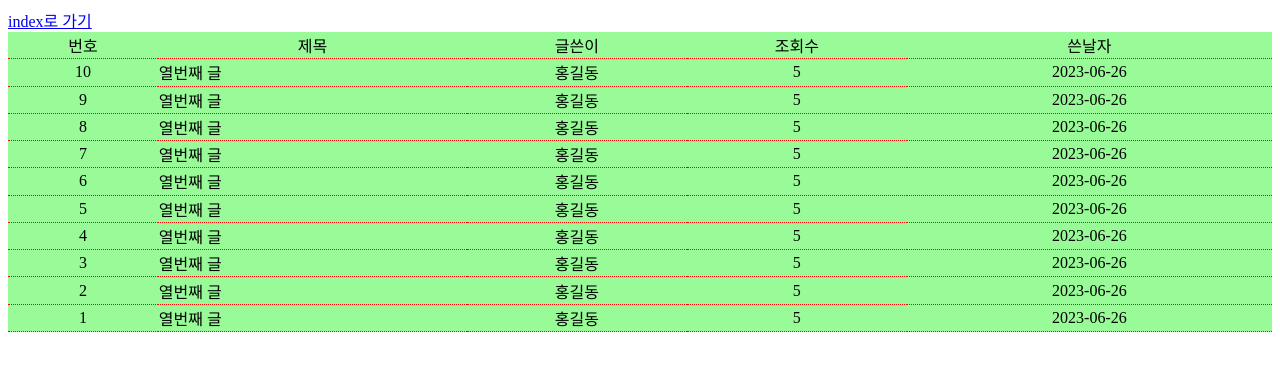
Repository: popll1/Pleiades
Page: http://localhost/jun261/main.jsp
The author's editor kept a copy of each file at every save. The page is drawn from the files as they stood at one save, then again after the next save.
The browser window is 1280 px wide. The pictures show the whole page.
The pointer rests on the first visible `tr`.
The page is served by Tomcat 9.

Above is the page before, as saved 2023-06-26 06:37:27.

After the next save:
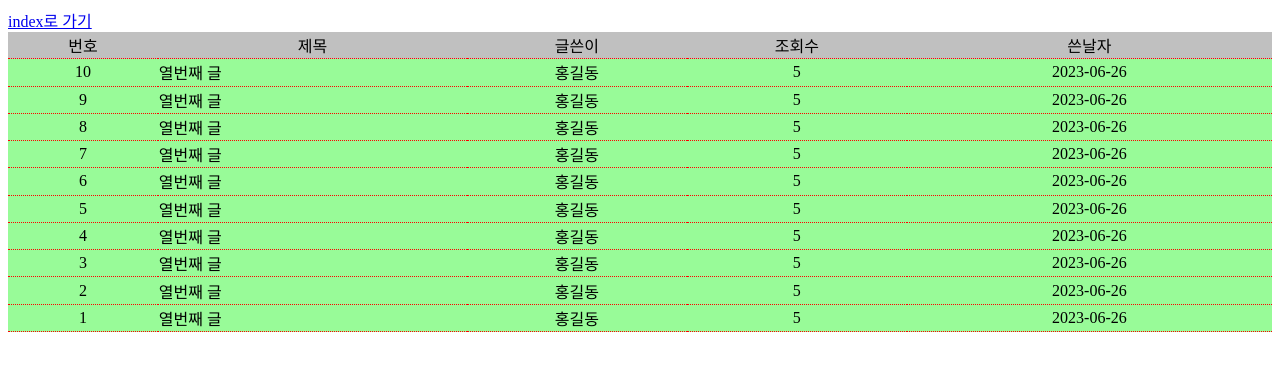
Saved 44 s later.
--- a/jun261/src/main/webapp/main.jsp
+++ b/jun261/src/main/webapp/main.jsp
@@ -20,10 +20,11 @@
  /* id="title" --> #title */
  #title {
     text-align: left;
+    }
 /* 호버 */
 tr:hover{
 
-	background-color : hover;
+	background-color : silver;
 
 }
 
